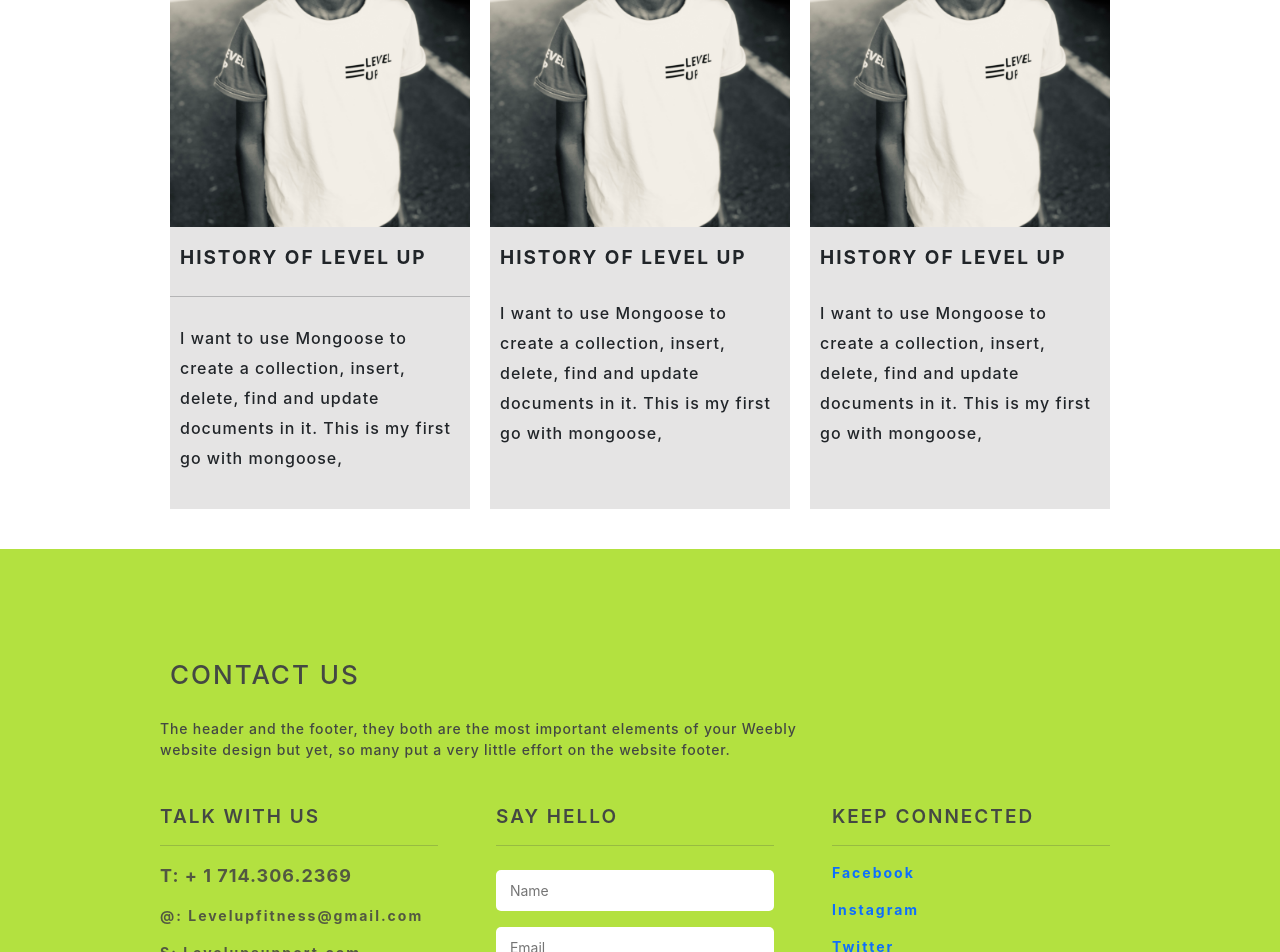
Repository: Bojurie/Level-up
Page: /about (app in client/)
The author's editor kept a copy of each file at every save. The page is drawn from the files as they stood at one save, then again after the next save.
The browser window is 1280 px wide. The pictures show the part of the page from y = 683 to 1635 px (the page is 2009 px tall before and 2029 px after).
Some web fonts or font styles are not loaded; a fallback is used. Some web libraries are served in a nearby version. The project was rebuilt for these pictures with package versions that can differ from the ones it lists, and the page was loaded fresh each time. Also part of the build but not shown: client/src/components/Carousel.js, client/src/components/HomeVlog.css, client/src/components/HomeVlog.js, client/src/components/homeProducts.css, client/src/components/HomeProducts.js, client/src/components/Card.js, client/src/components/HomeShop.css, client/src/components/HomeShop.js and 10 more. Imported but missing from the stored project, and not drawn on this page: client/src/components/Chart.

Above is the page before, as saved 2022-11-30 20:35:54.

### client/public/index.html
<!DOCTYPE html>
<html lang="en">
  <head>
    <meta charset="utf-8" />
    <link rel="icon" href="%PUBLIC_URL%/favicon.ico" />
    <meta name="viewport" content="width=device-width, initial-scale=1" />
    <meta name="theme-color" content="#000000" />
    <meta
      name="description"
      content="Web site created using create-react-app"
    />
    <link rel="apple-touch-icon" href="%PUBLIC_URL%/logo192.png" />
    <link rel="manifest" href="%PUBLIC_URL%/manifest.json" />

    <link rel="preconnect" href="https://fonts.googleapis.com" />
    <link rel="preconnect" href="https://fonts.gstatic.com" crossorigin />
    <link
      href="https://fonts.googleapis.com/css2?family=Asap+Condensed:ital,wght@0,400;0,500;1,400&family=Chivo:wght@300;400&family=Jura:wght@300;400;500;600;700&family=Lato:ital,wght@0,400;0,700;1,400&family=Nunito+Sans:wght@400;600&family=Oswald:wght@300;500;700&family=Playball&family=Roboto:ital,wght@0,400;0,500;1,500&family=Wallpoet&display=swap"
      rel="stylesheet"
    />

    <link
      rel="stylesheet"
      href="https://cdn.jsdelivr.net/npm/bootstrap@5.1.3/dist/css/bootstrap.min.css"
      integrity="sha384-1BmE4kWBq78iYhFldvKuhfTAU6auU8tT94WrHftjDbrCEXSU1oBoqyl2QvZ6jIW3"
      crossorigin="anonymous"
    />
    <script
      src="https://kit.fontawesome.com/5ffdb52964.js"
      crossorigin="anonymous"
    ></script>
    <title>React App</title>
    <script
      src="https://kit.fontawesome.com/5ffdb52964.js"
      crossorigin="anonymous"
    ></script>
  </head>
  <body>
    <noscript>You need to enable JavaScript to run this app.</noscript>
    <div id="root"></div>
    <!--
      This HTML file is a template.
      If you open it directly in the browser, you will see an empty page.

      You can add webfonts, meta tags, or analytics to this file.
      The build step will place the bundled scripts into the <body> tag.

      To begin the development, run `npm start` or `yarn start`.
      To create a production bundle, use `npm run build` or `yarn build`.
    -->
  </body>
</html>

### client/src/App.js
import React from 'react';
// import { BrowserRouter as Router, Route, Routes } from 'react-router-dom';
import { BrowserRouter as Router, Route, Routes} from 'react-router-dom'


import Home from './pages/Home';
import About from './pages/About';
import Shop from './pages/Shop';
import Contact from './pages/Contact';
import Navbar from './components/Navbar';
import Footer from './components/Footer';
import LogIn from './pages/LogIn';
import Register from './pages/Register';
import Chart from './components/Chart';
import Vlog from './pages/Vlog';

import {DataProvider} from './components/Context'


function App() {

  return (
        <Router>
          <DataProvider>
          <Navbar />
          <Routes>
              <Route path='/' element={<Home />} />
              <Route path='/about' element={<About />} />
              <Route path='/contact' element={<Contact />} />
              <Route path='/shop' element={<Shop />} />
              <Route path='/vlog' element={<Vlog />} />
              <Route path='/login' element={<LogIn/>} />
              <Route path='/register' element={<Register />} />
              <Route path='/chart' element={<Chart/>} />
          </Routes>
          <Footer />
          </DataProvider>
        </Router>
  );
}

export default App;

### client/src/pages/About.js
import React from 'react';
import './About.css';

import DarkImage from '../images/IMG_5367.jpg'
import { FormTitle } from '../components/FormTitle';
const imgse = DarkImage;

const About = () => {

  return (
    <div className='about'>
    <FormTitle className="sign-in-form__title" />
      <div className=''>
          <div className='aboutContainer'>
            <h1> Who Are We </h1>
            <div className='aboutContent'>
              <div className='aboutParagraph'>
                <div className='AboutUs-content'>
                    <div className='AboutHistory'>
                        <div className='history-img'>
                            <img src={imgse} alt='img'/>
                        </div>
                        <div className='history-content'>
                          <h1>History of Level Up</h1><hr/>
                          <p>I want to use Mongoose to create a collection, insert, delete, find and update documents in it. This is my first go with mongoose,</p>
                        </div>
                    </div>
                    <div className='AboutGoal'>
                        <div className='history-img'>
                            <img src={imgse} alt='img'/>
                        </div>
                        <div className='history-content'>
                          <h1>History of Level Up</h1>
                          <p>I want to use Mongoose to create a collection, insert, delete, find and update documents in it. This is my first go with mongoose,</p>
                        </div>
                    </div>
                    <div className='Aboutproduct'>
                        <div className='history-img'>
                            <img src={imgse} alt='img'/>
                        </div>
                        <div className='history-content'>
                          <h1>History of Level Up</h1>
                          <p>I want to use Mongoose to create a collection, insert, delete, find and update documents in it. This is my first go with mongoose,</p>
                        </div>
                    </div>

                </div>



              </div>
            </div>
          </div>
      </div>
    </div>
  );
}

export default About;

### client/src/components/Navbar.js
import React from 'react';
import { Link } from 'react-router-dom';

import './Navbar.css'
import Logo from '../images/Logo.png'



const Navbar = () => {
  return (
    <nav className='navbar'>
      <div className='navbar-wrapper'>
        <Link to='/' className='logo'>
            <img src={Logo} alt='logo' />
        </Link>
        <ul className='navbar-links'>
            <Link to='/' >Home </Link>
            <Link to='/shop'> Shop</Link>
            <Link to='/Vlog'> V-Log</Link>
            <Link to='/about'> About</Link>
            <Link to='/contact'> Contact</Link>
            <Link to='/login'> Login </Link>
            <Link to='/register'>SignUp</Link>
            <Link to='/chart'><i class="fa-solid fa-cart-shopping"></i></Link>

        </ul>
      </div>

    </nav>
  );
}

export default Navbar;

### client/src/components/Footer.js
import React from 'react';
import { Link } from 'react-router-dom';
  import { FontAwesomeIcon } from '@fortawesome/react-fontawesome'
  import { instagram } from '@fortawesome/free-solid-svg-icons'

import './Footer.css';

const Footer = () => {
  return (
    <div className='footer'>
      <div className='footer-wrapper'>
        <div className='footer-header-wrapper'>
          <div className='footer-header'>
            <h1>Contact Us</h1>
          </div>
          <div className='footer-paragraph'>
            <p>The header and the footer, they both are the most important elements of your Weebly website design but yet, so many put a very little effort on the website footer.</p>
          </div>

        </div>
        <div className='footer-nav-content'>
            <div className='footer-navs-left'>
              <h3>Talk With Us</h3><hr/>
              <div className='footer-contact'>
                <div className='tel'>
                  <p>T: + 1 714.306.2369</p>
                </div>
                <div className='email'>
                  <p>@: Levelupfitness@gmail.com</p>
                </div>
                <div className='support'>
                  <p>S: Levelupsupport.com</p>
                </div>

              </div>

            </div>
            <div className='footer-navs-middle'>
                <h3>Say Hello</h3><hr/>
              <div className='footer-form'>

                  <form className='form'>
                    <input type='text' placeholder=' Name' />
                    <input type='text' placeholder=' Email' />
                    <input type='text' placeholder=' Telephone' />
                    <textarea placeholder='Message...' />
                  </form>
                  <div className='form-btn'>
                    <input type='submit' placeholder='' />
                  </div>

              </div>
            </div>
            <div className='footer-navs-right'>
              <h3>Keep Connected</h3><hr/>
              <div className='social-media'>
                <p><Link to='/'>Facebook</Link></p>
                <p><Link to='/'><FontAwesomeIcon icon="fa-brands fa-instagram" /> Instagram</Link></p>
                <p><Link to='/'>Twitter</Link></p>

              </div>

            </div>
        </div>


      </div>
    </div>
  );
}

export default Footer;

### client/src/components/Context.js
import React,{Component} from 'react';
export const DataContext = React.createContext();

export class DataProvider extends Component {
  constructor(props) {
    super(props)

    this.state = {
       products: [
         {
          "_id": "1",
          "title": "Level-Up Sweat Pant",
          "src": "https://images.unsplash.com/photo-1618354691373-d851c5c3a990?ixlib=rb-1.2.1&ixid=MnwxMjA3fDB8MHxwaG90by1wYWdlfHx8fGVufDB8fHx8&auto=format&fit=crop&w=658&q=80",
          "description": "Classic fit for running and outdoor activities.",
          "price": 39,
          "colors": ["red", "blue", "black"],
          "count": 2,
         },
         {
          "_id": "2",
          "title": "Kids Level-Up SweatPant",
          "src": "https://images.unsplash.com/flagged/photo-1555895312-bbc472c964f3?ixlib=rb-1.2.1&ixid=MnwxMjA3fDB8MHxwaG90by1wYWdlfHx8fGVufDB8fHx8&auto=format&fit=crop&w=388&q=80",
          "description": "Kids track sweatsuit for running or leisure activities",
          "price": 20,
          "colors": ["red", "blue", "black"],
          "count": 2,
         },
         {
          "_id": "3",
          "title": "Level Up Tank Top",
          "src": "https://images.unsplash.com/photo-1618354691373-d851c5c3a990?ixlib=rb-1.2.1&ixid=MnwxMjA3fDB8MHxwaG90by1wYWdlfHx8fGVufDB8fHx8&auto=format&fit=crop&w=658&q=80",
          "description": "description",
          "price": 20,
          "colors": ["red", "blue", "black"],
          "count": 2,
         },
         {
          "_id": "4",
          "title": "Level Up T-Shirt",
          "src": "https://images.unsplash.com/photo-1618354691373-d851c5c3a990?ixlib=rb-1.2.1&ixid=MnwxMjA3fDB8MHxwaG90by1wYWdlfHx8fGVufDB8fHx8&auto=format&fit=crop&w=658&q=80",
          "description": "description",
          "price": 20,
          "colors": ["red", "blue", "black"],
          "count": 2,
         },
         {
          "_id": "5",
          "title": "Level Up Sweater",
          "src": "https://images.unsplash.com/photo-1618354691373-d851c5c3a990?ixlib=rb-1.2.1&ixid=MnwxMjA3fDB8MHxwaG90by1wYWdlfHx8fGVufDB8fHx8&auto=format&fit=crop&w=658&q=80",
          "description": "description",
          "price": 20,
          "colors": ["red", "blue", "black"],
          "count": 2,
         },
         {
          "_id": "6",
          "title": "Level Up Embroidery Shirt",
          "src": "https://images.unsplash.com/photo-1618354691373-d851c5c3a990?ixlib=rb-1.2.1&ixid=MnwxMjA3fDB8MHxwaG90by1wYWdlfHx8fGVufDB8fHx8&auto=format&fit=crop&w=658&q=80",
          "description": "description",
          "price": 20,
          "colors": ["red", "blue", "black"],
          "count": 2,
         },
       ]
    }
  }

  render(){
    const {products} = this.state;
    return(
      <DataContext.Provider value={{products}}>
        {this.props.children}
      </DataContext.Provider>
    )
  }
}
export default DataProvider;

### client/src/pages/About.css
.aboutContainer h1 {
  text-transform: uppercase;
  font-weight: bold;
  letter-spacing: 2px;
  padding: 50px 0;
}

.aboutContainer {
  padding: 40px 160px;
}

.aboutParagraph p {
  letter-spacing: 1px;
  line-height: 30px;
  font-weight: 500;
}

.AboutUs-content {
  display: flex;
}

.AboutHistory,
.AboutGoal,
.Aboutproduct {
    margin: 0 10px;
    background-color: rgb(229, 228, 228);
}

/* .history-img {
  width: 340px;
} */

.history-content {
  padding: 10px 0;
}
.history-content p, h1 {
  padding: 10px;
}
.history-content h1{
  font-size: 19px;
  padding: 10px
}

### client/src/components/FormTitle.js
import React from "react";
import './FormTitle.css';

export function FormTitle(props) {
  const { className, text } = props;
  return <h1 className={`${className} form-title`}>{text}</h1>;
}

### client/src/components/Navbar.css
.logo img {
  width: 250px;
}

.navbar {
  padding-top: 0;
  display: contents;
}

.navbar-wrapper {
  display: flex;
  /* justify-content: center; */
  align-items: center;
  height: 90px;
  background: #b3e140;
  padding: 0 50px;
  justify-content: space-between;
}

.navbar-links {
  margin-bottom: 0;
}

.navbar-links a {
  font-size: 14px;
  letter-spacing: 2px;
  font-weight: 700;
  text-transform: capitalize;
  margin: 0 10px;
  color: rgb(68, 72, 67);

}

a {
  list-style: none;
  text-decoration: none;
}

### client/src/components/Footer.css
.footer {
  background-color: #b3e140;
      font-size: 14px;
    letter-spacing: 2px;
    font-weight: 700;

    color: rgb(68, 72, 67);
}
.footer-header h1 {
 font-size: 26px;
 text-transform: uppercase;
 letter-spacing: 2px;
}

.footer-navs {
  text-decoration: none;
  list-style-type: none;

}
.footer-navs li{
  padding: 10px 0;
  letter-spacing: 1px;
  text-transform: uppercase;
  font-weight: 600;

}
.footer-wrapper {
  padding: 100px 160px;
}

.footer-contact {



}
.footer-nav-content p {
 color: #424141db;
}
.footer-contact > .tel p{
    font-size: 18px;
    letter-spacing: 1px;

}
.footer-contact > .email p{
    font-size: 14px;
    /* letter-spacing: 2px; */
}
.footer-contact > .support p{
    font-size: 14px;
    letter-spacing: 2px;
}
.footer-paragraph {
  width: 70%;
  letter-spacing: .8px;
  font-weight: 500;
  padding: 10px 0;
}
.footer-wrapper h3{
 text-transform: uppercase;
 letter-spacing: 2px;
 font-size: 19px;
 font-weight: 600;

}

.footer-nav-content {
  display: flex;
  justify-content: space-between;
}



.footer-navs-left,
.footer-navs-middle,
.footer-navs-right{

  padding: 20px 10px 0 0;
  border-radius: 10px;
}

.footer-form {
  background-color: none !important;
}

/* footer Left section */
.footer-navs-left {
  width: 30%;
}

/* footer Middle section */
.footer-navs-middle {
 width: 30%;
}

.form {
  display: grid;
}
.form input {
  padding: 10px ;
  margin: 8px 0;
  border-radius: 5px;
  border: none;
}
.form input:focus {
  border: none;
}

.form textarea {
   width: 100%;
  height: 150px;
  padding: 12px 20px;
  box-sizing: border-box;
  border: 2px solid #ccc;
  border-radius: 4px;
  background-color: #f8f8f8;
  font-size: 16px;
  resize: none;
}
.form input:active {

  border: 1px solid rgb(241, 234, 234);

}
.form-btn {

}
.form-btn input {
     padding: 5px 25px;
    margin: 5px 0;
    border-radius: 4px;
    background-color: #999999;
    border: 1px solid  #b3e140;
    color: #b3e140;
    letter-spacing: 1.1px;
    font-weight: 600;
    text-transform: uppercase;
}

.footer-navs-right {
  width: 30%;
}

### client/src/components/Carousel.css
 .d-block {
   width: 100%;
   /* object-fit: cover; */
   /* object-position: 50% 50%; */
   /* background-size: contain;
   background-repeat: no-repeat; */
 }


 img {

   max-width: 100%;
   max-height: 100%;
   object-fit: cover;
   background-repeat: no-repeat;
 }

 .carousel-item img {
   width: 1000px;
   height: 500px;
 }

 .carousel-caption {
   top: 50%;
 }

 .carousel {
   object-fit: contain;
 }

### client/src/components/FormTitle.css
.form-title {
  font-size: 3rem;
  font-weight: 700;
  line-height: 2rem;
  margin: auto 0;
  color: white;
  background-image: url('https://images.unsplash.com/photo-1581397867105-8c988bd747e6?ixlib=rb-4.0.3&ixid=MnwxMjA3fDB8MHxwaG90by1wYWdlfHx8fGVufDB8fHx8&auto=format&fit=crop&w=1170&q=80') ;
    background-repeat: no-repeat;
  background-position: center;
  background-size: cover;
  padding: 7rem 0 7rem 10rem;
  letter-spacing: 5px;
  text-transform: uppercase;
  display: flex;
  justify-content: flex-start;

}
.form-title h1{


}


.shopForm-title {
 font-size: 3rem;
  font-weight: 700;
  line-height: 2rem;
  letter-spacing: 5px;
  text-transform: uppercase;
  display: flex;
  margin: auto 0;
   background-image: url('https://images.unsplash.com/photo-1581397867105-8c988bd747e6?ixlib=rb-4.0.3&ixid=MnwxMjA3fDB8MHxwaG90by1wYWdlfHx8fGVufDB8fHx8&auto=format&fit=crop&w=1170&q=80') ;
    background-repeat: no-repeat;
  background-position: center;
  background-size: cover;

  padding: 7rem 0 7rem 10rem;
  justify-content: flex-start;

}
.FormTitleLogin-title {
  font-size: 3rem;
  font-weight: 700;
  line-height: 2rem;
  padding: 6rem 0;
  letter-spacing: 5px;
  text-transform: uppercase;
  display: flex;
  justify-content: center;
  margin: auto 0;
   background-image: url('https://images.unsplash.com/photo-1609770231080-e321deccc34c?ixlib=rb-4.0.3&ixid=MnwxMjA3fDB8MHxwaG90by1wYWdlfHx8fGVufDB8fHx8&auto=format&fit=crop&w=765&q=80') ;
    background-repeat: no-repeat;
  background-position: center;
  background-size: cover;

}
.ContactForm-title {
 /* font-size: 3rem;
  font-weight: 700;
  line-height: 2rem;
  text-transform: uppercase; */
  display: flex;
  margin: auto 0;
   background-image: url('https://images.unsplash.com/photo-1587560699334-bea93391dcef?ixlib=rb-4.0.3&ixid=MnwxMjA3fDB8MHxwaG90by1wYWdlfHx8fGVufDB8fHx8&auto=format&fit=crop&w=1170&q=80') ;
    background-repeat: no-repeat;

 padding: 7rem 0 7rem 10rem;
  letter-spacing: 5px;
  justify-content: flex-start;

}
.RegisterForm-title {
  font-size: 3rem;
  font-weight: 700;
  line-height: 2rem;
  padding: 6rem 0;
  letter-spacing: 5px;
  text-transform: uppercase;
  display: flex;
  justify-content: center;
  margin: auto 0;
   background-image: url('https://images.unsplash.com/photo-1563906267088-b029e7101114?ixlib=rb-4.0.3&ixid=MnwxMjA3fDB8MHxwaG90by1wYWdlfHx8fGVufDB8fHx8&auto=format&fit=crop&w=1170&q=80') ;
    background-repeat: no-repeat;
  /* background-position: bottom; */
  /* background-size: cover; */
    /* background-attachment: */


}
.VlogForm_title h1{


}
.VlogForm_title {
  /* font-size: 3rem;
  font-weight: 700;
  line-height: 2rem; */
  padding: 7rem 0 7rem 10rem;
  letter-spacing: 5px;
  text-transform: uppercase;
  display: flex;
  justify-content: flex-start;
  margin: auto 0;
   background-image: url('https://images.unsplash.com/photo-1440778303588-435521a205bc?ixlib=rb-4.0.3&ixid=MnwxMjA3fDB8MHxwaG90by1wYWdlfHx8fGVufDB8fHx8&auto=format&fit=crop&w=1470&q=80') ;
    background-repeat: no-repeat;
  background-position: center;
  background-size: cover;

}

@media screen and (max-width: 414px) {
  .form-title {
    padding: 4rem 1rem;

  }

}

### client/src/components/auth/LoginForm.css
.loginForm-wrapper {
  text-align: center;
    justify-content: center;
    width: 600px;
    margin: auto;
    padding: 90px 0;

}
.login-header {
  text-transform: uppercase;
  letter-spacing: 2px;
  font-weight: 600;
}


form {
  display: grid;
}

.loginForm-header {
  font-size: 20px;
}

.loging
form input {
  margin: 5px 0;
  padding: 10px;
  border-radius: 10px;
  border: 1px solid white;
  background-color: rgba(243, 247, 255, 0.715) !important;
}
form input:focus{
  border: 2px solid green;
}
form > .loginBtn > input{
  padding: 8px;
  width: 100%;
  background-color:#999999!important;
  color: #ccf368;
  font-weight: 700;
  border: none;
  margin:5px 0 ;
  font-size: 20px;
  letter-spacing: 3px;
}

### client/src/components/auth/registerForm.css

.registerForm-wrapper {
  text-align: center;
    justify-content: center;
    width: 600px;
    margin: auto;
    padding: 90px 0;

}
.login-header {
  text-transform: uppercase;
  letter-spacing: 2px;
  font-weight: 600;
}


form {
  display: grid;
}

.loginForm-header {
  font-size: 20px;
}

.register
form input {
  margin: 5px 0;
  padding: 10px;
  border-radius: 10px;
  border: 1px solid white;

}
form input:focus{
  border: 2px solid green;
}
form > .loginBtn > input{
  padding: 8px;
  width: 100%;
  background-color: #b3e140 !;
  border: none;
  margin:5px 0 ;
}

Loaded but not shown: client/src/index.js (common file); client/src/index.css (common file)

After the next save:
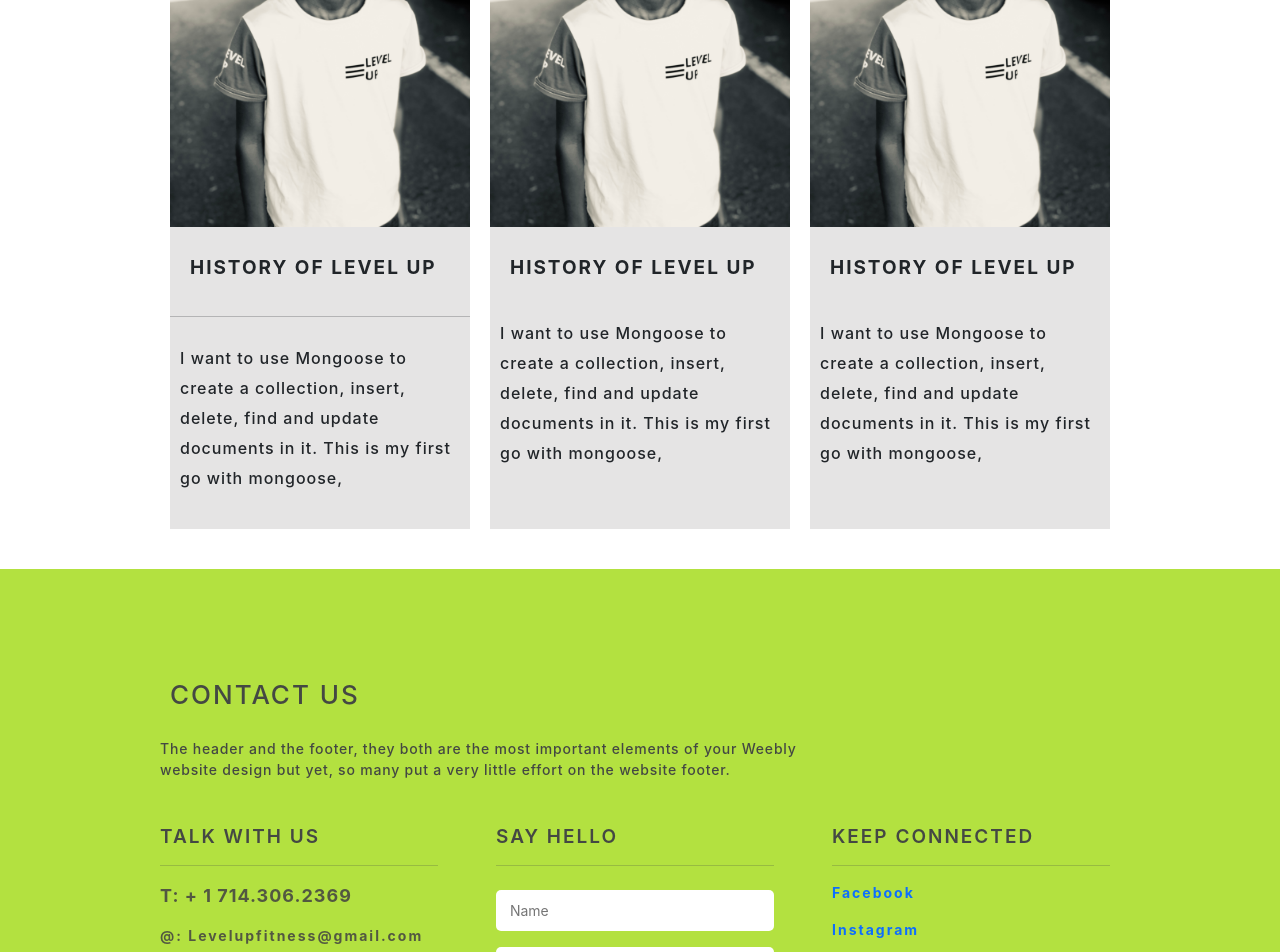
Saved 14 s later.
--- a/client/src/pages/About.css
+++ b/client/src/pages/About.css
@@ -38,5 +38,5 @@
 }
 .history-content h1{
   font-size: 19px;
-  padding: 10px
+  padding: 20px
 }
